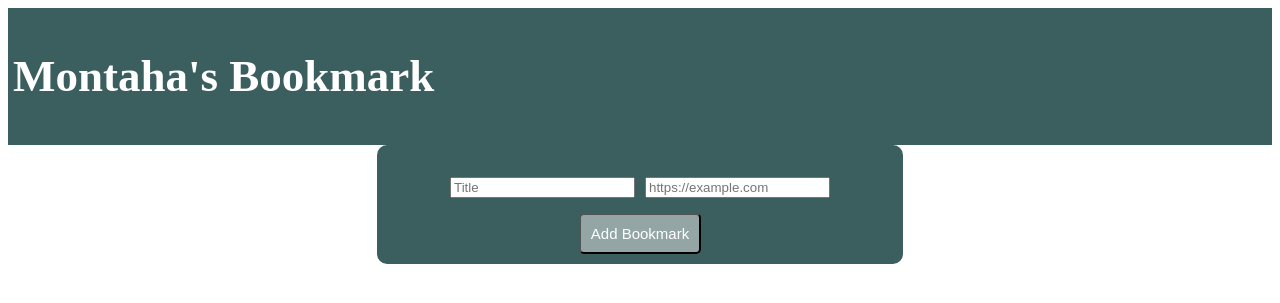
Repository: eidimontaha18-maker/finalproject
Page: index.html
These files come from the project's save history. The page is drawn as it stood at one moment and after the next save; the edit follows.
The browser window is 1280 px wide. The pictures show the whole page.

Above is the page before, as saved 2025-11-25 23:28:50.

After the next save:
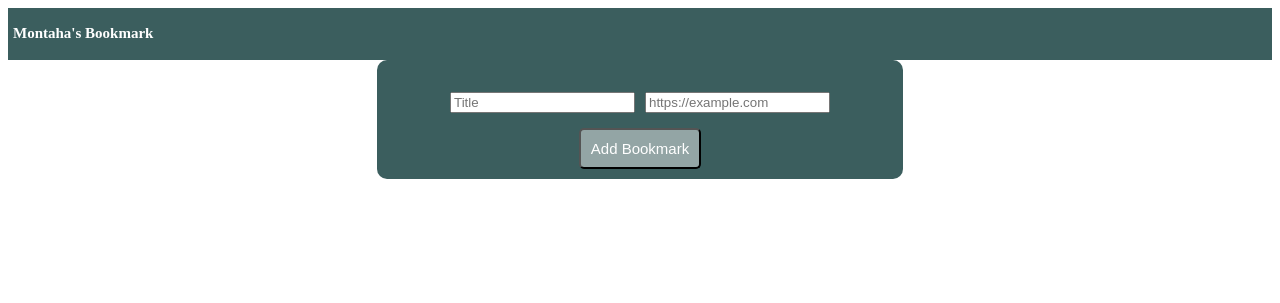
Saved 13 s later.
--- a/style.css
+++ b/style.css
@@ -20,7 +20,7 @@ nav{
     background-color: rgb(59, 94, 94);
     padding:5px;
     text-align: left;
-    font-size: 30px;
+    font-size: 10px;
     color: white;
     font-weight: bold;
 }
